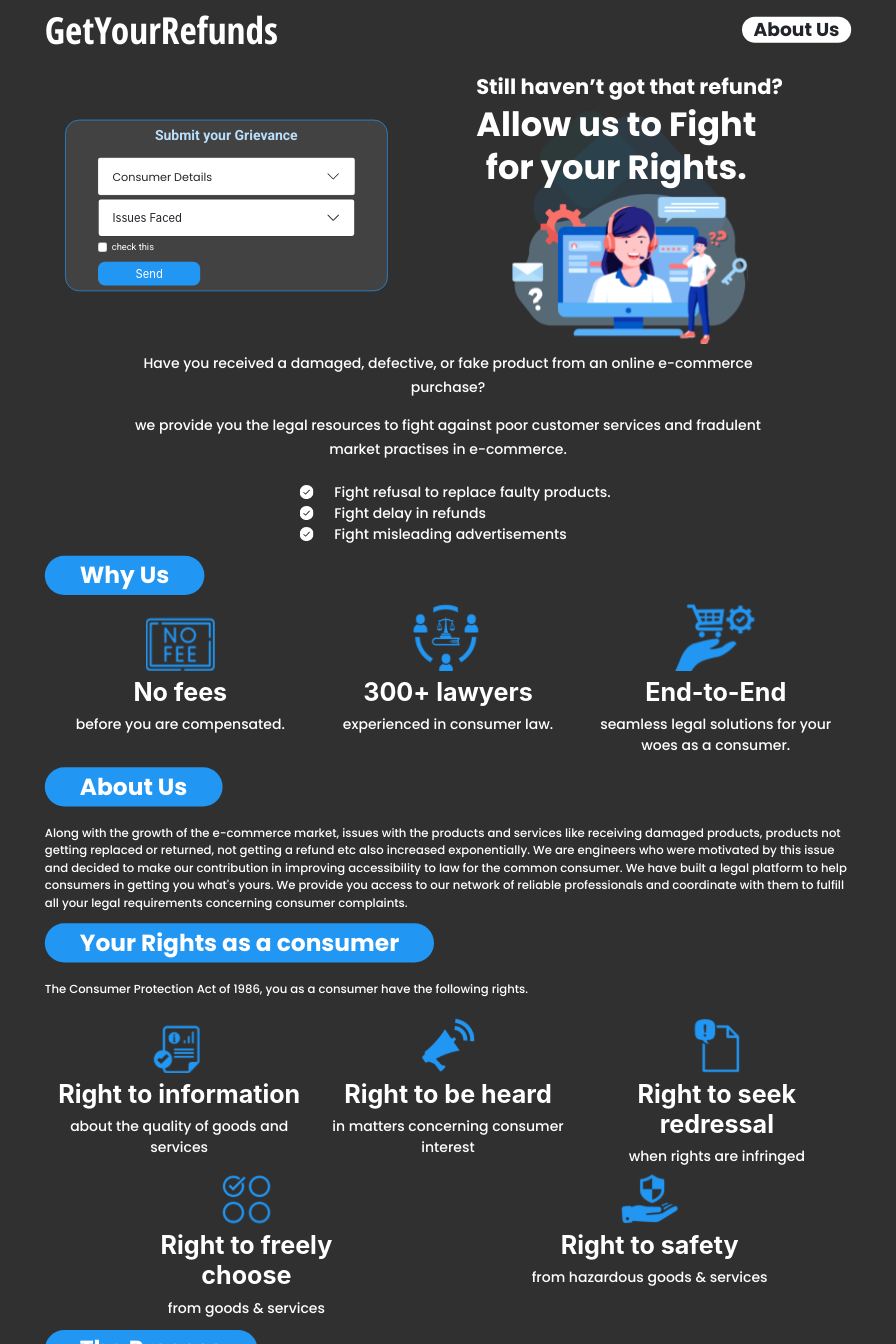
Repository: Eren00Yeager/initial-survey
Page: /consumer-complaints
These files come from the project's save history. The page is drawn as it stood at one moment and after the next save; the edit follows.
The browser window is 1280 px wide. The pictures show the part of the page from y = 0 to 1920 px (the page is 2604 px tall), at 70% of full size.
Some web fonts or font styles are not loaded; a fallback is used. The project was rebuilt for these pictures with package versions that can differ from the ones it lists, and the page was loaded fresh each time. The framework's server and built-in components were replaced by stand-ins that run in the browser. Also part of the build but not shown: next.config.js.

Above is the page before, as saved 2022-07-14 15:03:58.

After the next save:
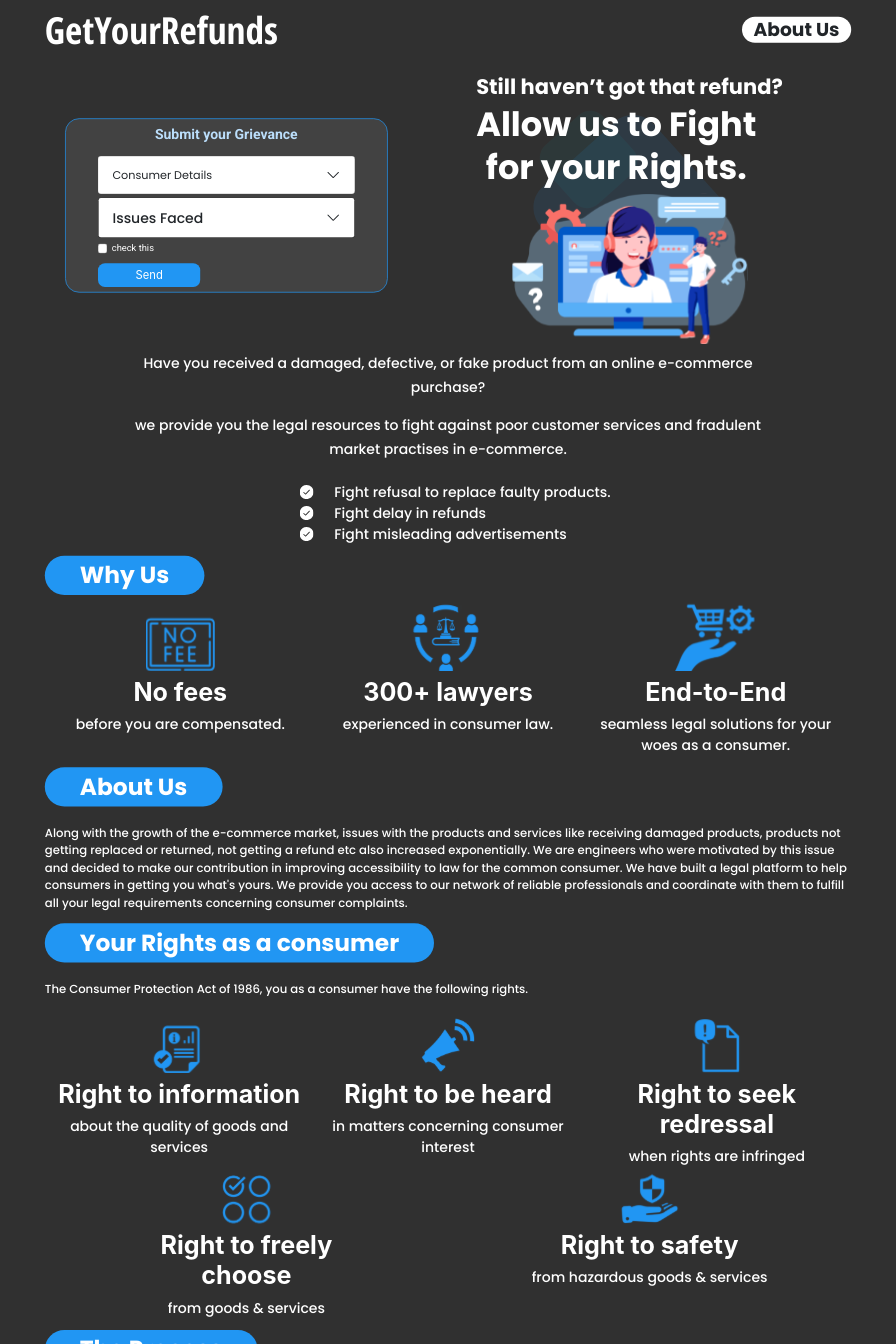
Saved 17 s later.
--- a/pages/consumer-complaints.jsx
+++ b/pages/consumer-complaints.jsx
@@ -147,7 +147,7 @@
                 </Accordion>
                 <Accordion >
                     <Accordion.Item eventKey="0" style={{background:"#424242"}}>
-                        <Accordion.Header><div>Issues Faced</div></Accordion.Header>
+                        <Accordion.Header><div className={consumerStyles.id}>Issues Faced</div></Accordion.Header>
                         <Accordion.Body className={consumerStyles.cbd}>
                         <Form.Group className={consumerStyles.det}>
                     <Form.Label className={consumerStyles.nam}>Problem Faced</Form.Label>
